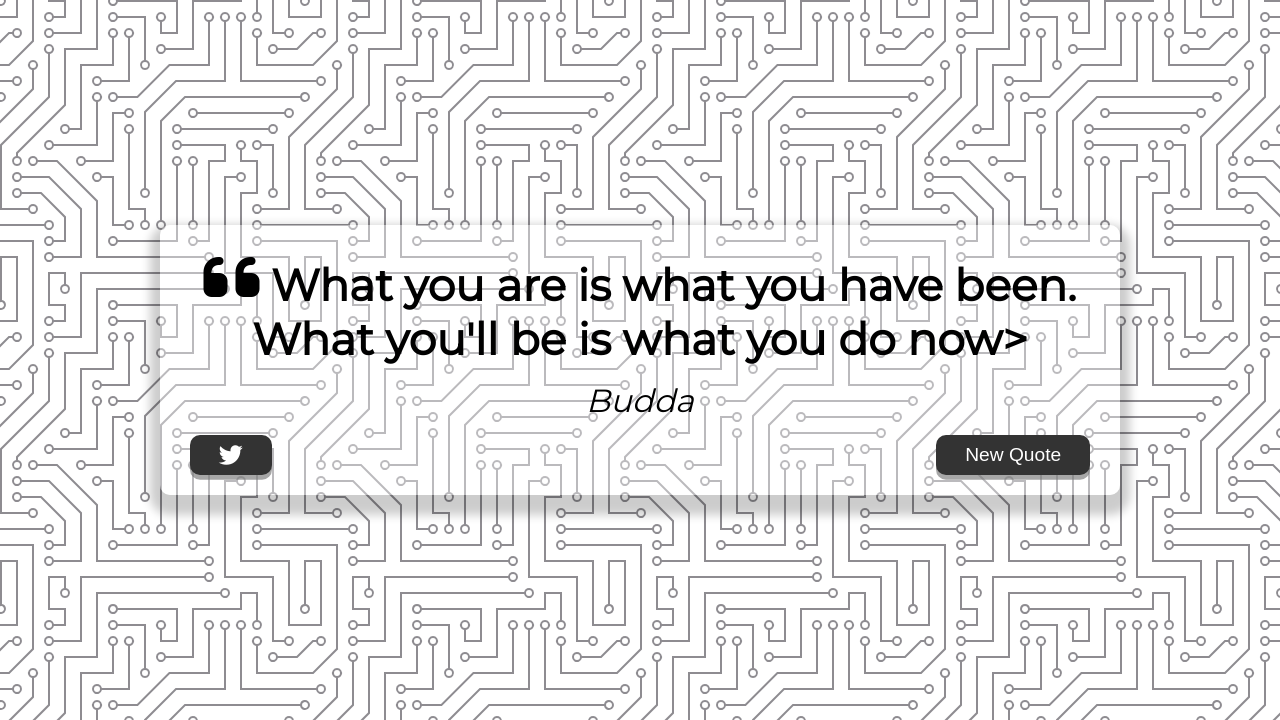
Repository: davidwood3/test-template
Page: .vscode/quote-generator/index.html
These files come from the project's save history. The page is drawn as it stood at one moment and after the next save; the edit follows.
The browser window is 1280 px wide. The pictures show the whole page.
The page's requests for data from a server got no answer. Some web libraries are served in a nearby version.

Above is the page before, as saved 2023-07-26 11:43:18.

After the next save:
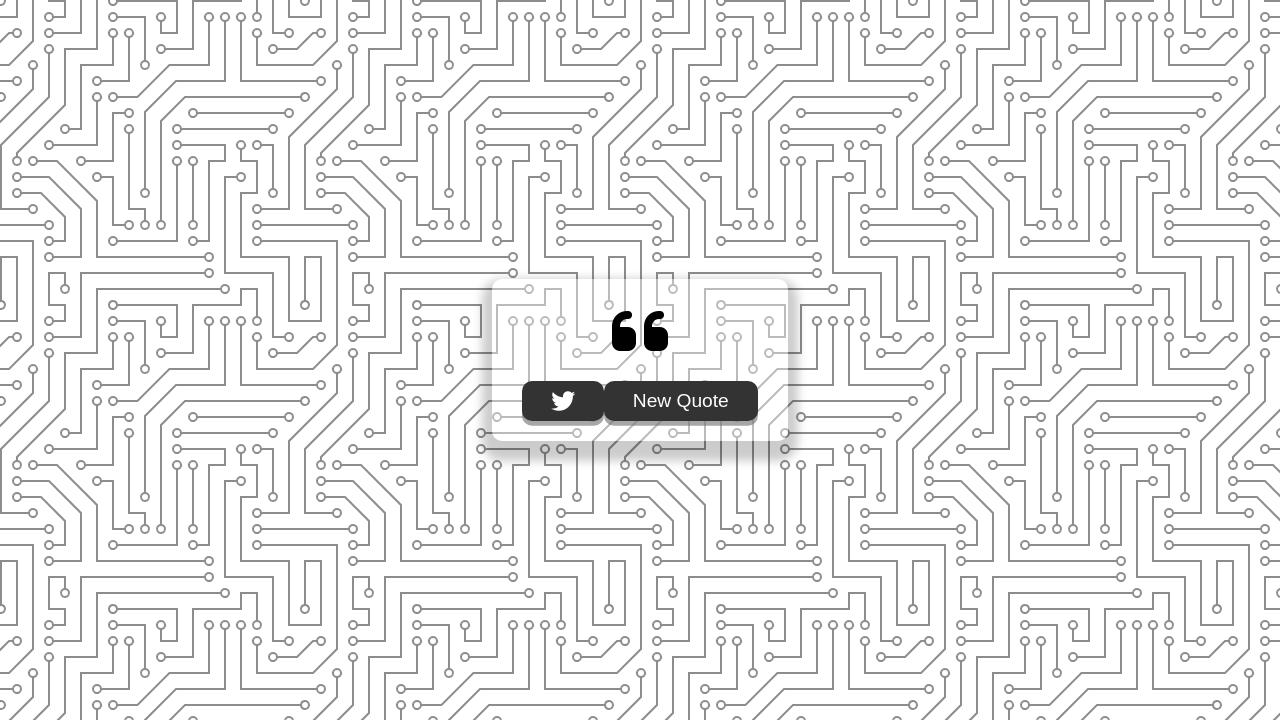
Saved 7 min 19 s later.
--- a/.vscode/quote-generator/index.html
+++ b/.vscode/quote-generator/index.html
@@ -14,11 +14,11 @@
         <!-- Quote -->
         <div class="quote-text">
             <i class="fas fa-quote-left"></i>
-            <span id="quote">What you are is what you have been. What you'll be is what you do now></span>
+            <span id="quote"></span>
         </div>
         <!-- Author -->
         <div class="quote-author">
-            <span id="author">Budda</span>
+            <span id="author"></span>
         </div>
         <!-- Buttons -->
         <div class="button-container">
